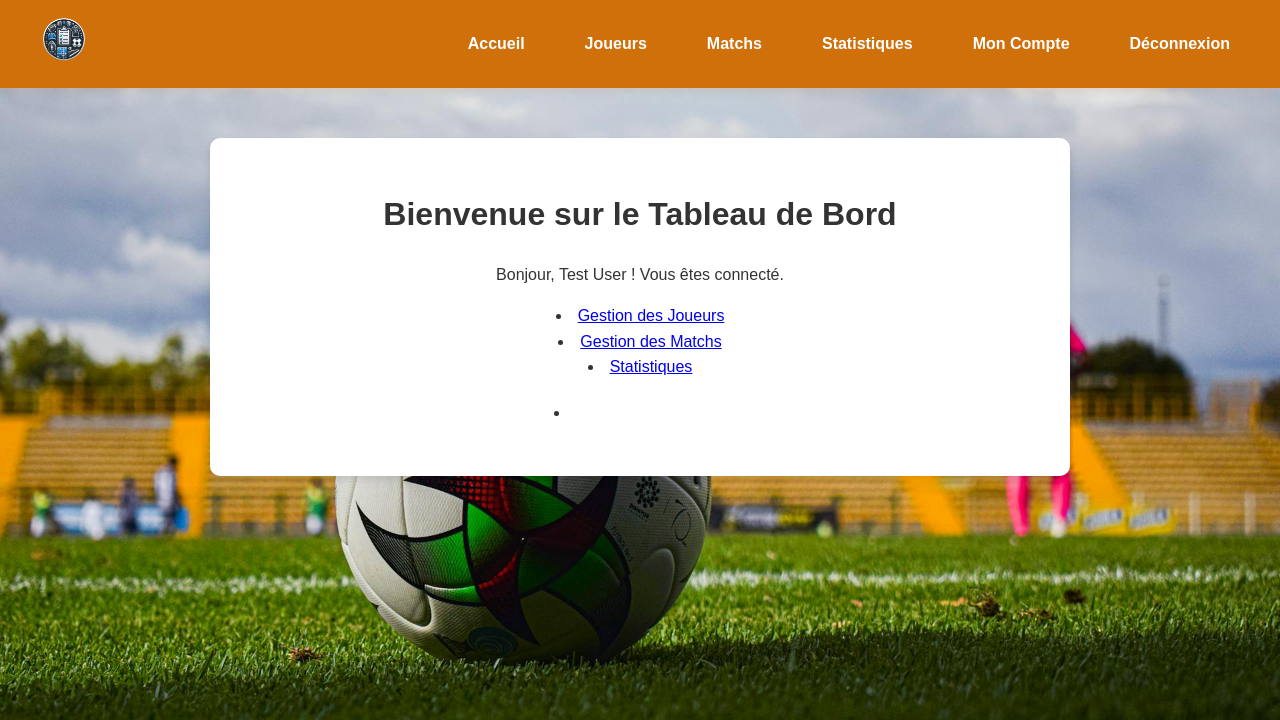
Repository: iisloomx/R401_MiniProjet
Page: http://localhost/views/dashboard.php
These files come from the project's save history. The page is drawn as it stood at one moment and after the next save; the edit follows.
The browser window is 1280 px wide. The pictures show the whole page.
The page is run by PHP 8.4 with error messages shown; the project is at /var/www/html/. The session is filled in as if someone had signed in: {"id_utilisateur": 1, "utilisateur": "Test User"}.

Above is the page before, as saved 2025-01-19 04:25:03.

After the next save:
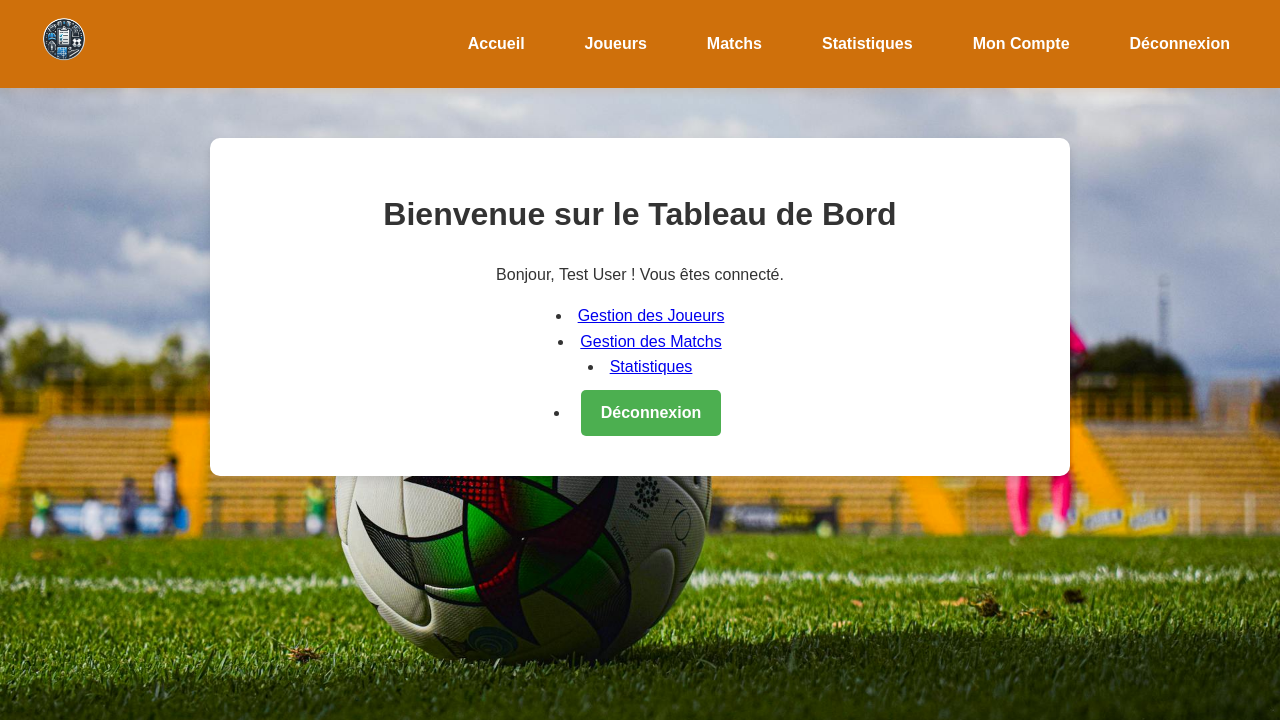
Saved 5 s later.
--- a/views/dashboard.php
+++ b/views/dashboard.php
@@ -32,7 +32,7 @@
                     <li><a href="../controllers/JoueursController.php?action=liste">Gestion des Joueurs</a></li>
                     <li><a href="../controllers/MatchsController.php?action=liste">Gestion des Matchs</a></li>
                     <li><a href="../controllers/StatistiquesController.php?action=index">Statistiques</a></li> <!-- Nouveau bouton -->
-                    <li><a href="../controllers/DeconnexionController.php" class="btn btn add">Déconnexion</a></li>
+                    <li><a href="../controllers/DeconnexionController.php" class="btn btn-add">Déconnexion</a></li>
 
         </div>
     </div>
